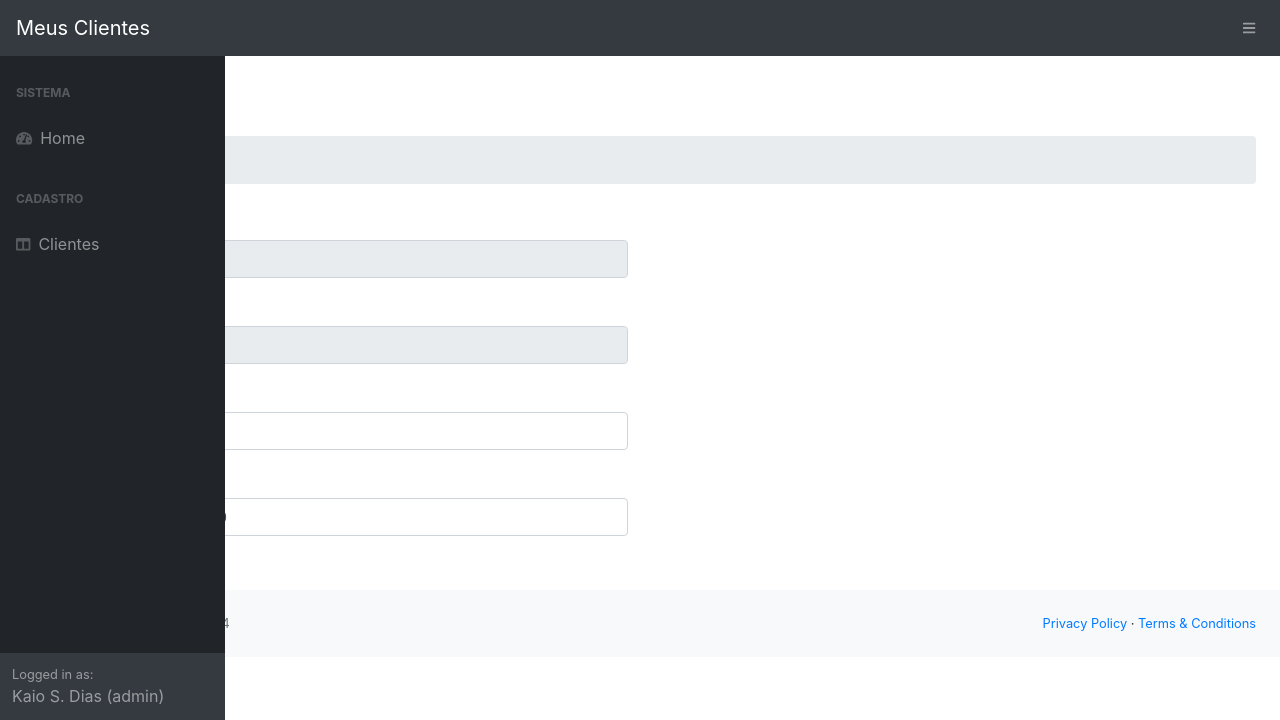
Repository: Kaio-Dias/Angular-Springboot
Page: /users-form (app in Frontend/clients-app/)
The author's editor kept a copy of each file at every save. The page is drawn from the files as they stood at one save, then again after the next save.
The browser window is 1280 px wide. The pictures show the whole page.
Some web libraries are served in a nearby version. The project was rebuilt for these pictures with package versions that can differ from the ones it lists, and the page was loaded fresh each time. Also part of the build but not shown: Frontend/clients-app/angular.json, Frontend/clients-app/src/app/home/home.component.ts.

Above is the page before, as saved 2024-07-04 10:42:36.

After the next save:
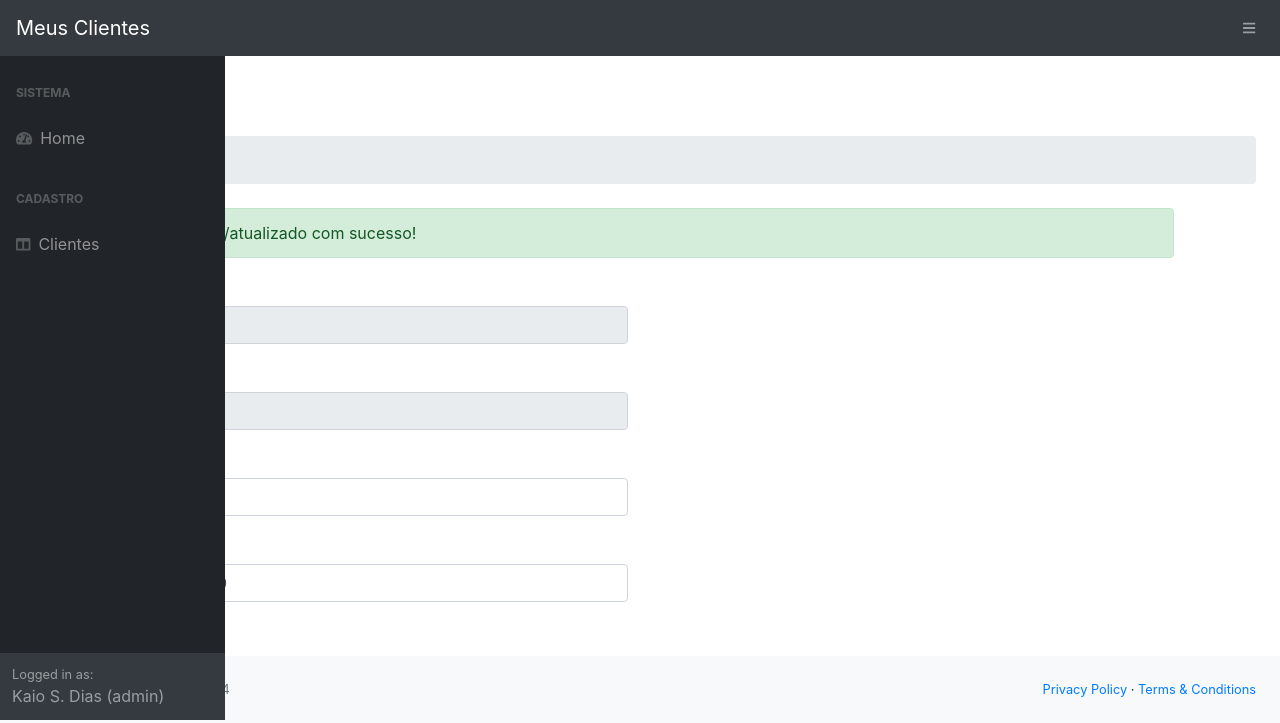
Saved 11 min 57 s later.
--- a/Frontend/clients-app/src/app/users/users-form/users-form.component.html
+++ b/Frontend/clients-app/src/app/users/users-form/users-form.component.html
@@ -4,6 +4,14 @@
 </ol>
 <div class="container">
         <form #userForm="ngForm" (ngSubmit)="onSubmit()">
+            <div>
+                <div class="col-md-12">
+                    <div class="alert alert-success" role="alert">
+                        Cliente salvo/atualizado com sucesso!
+                    </div>
+                </div>
+            </div>
+
         <div class="row">
             <div class="col-md-6">
                 <div class="form-group">
